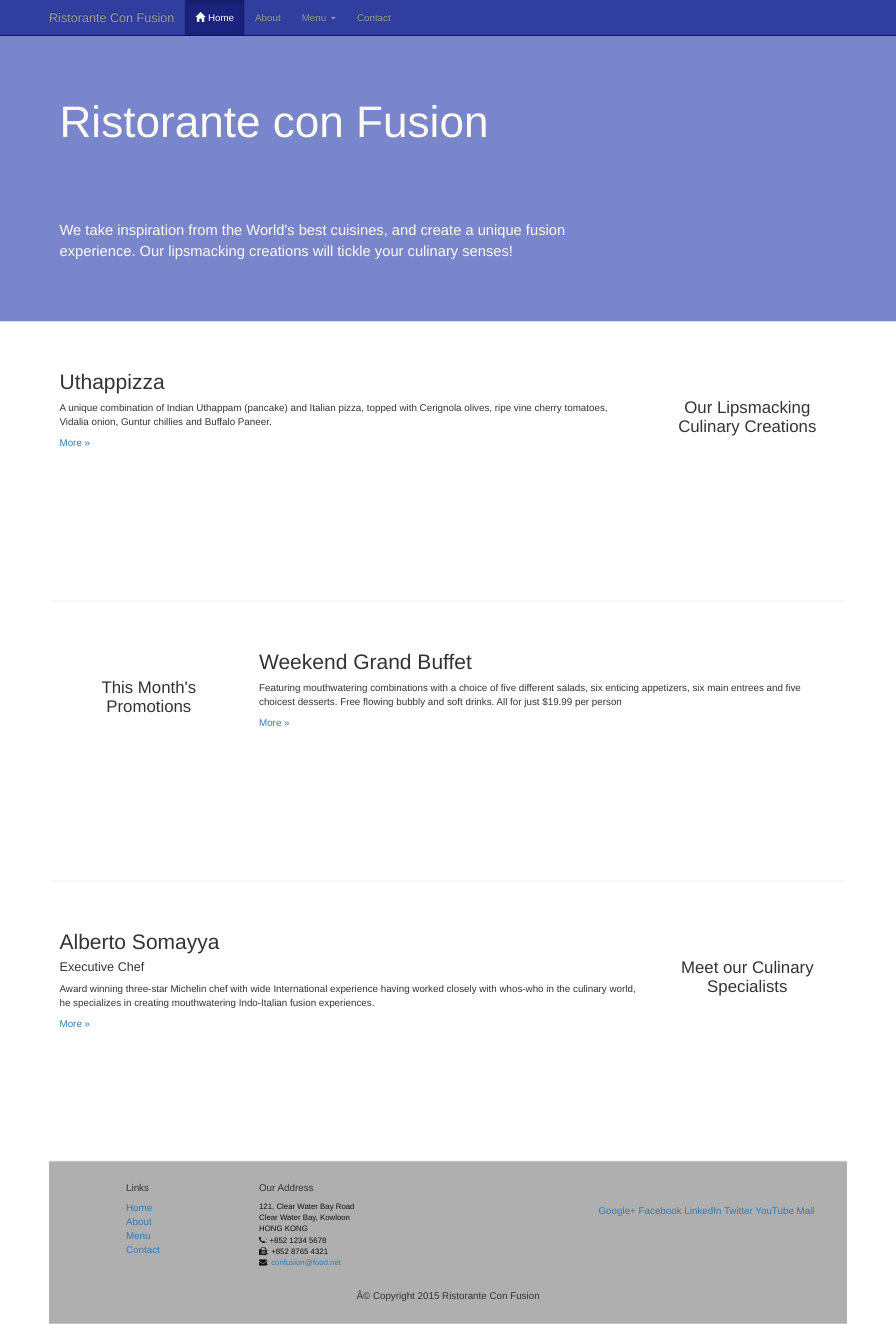
Repository: tagus24/Coursera
Page: Coursera/FullStackDeveloper/conFusion/src/main/webapp/index.html
These files come from the project's save history. The page is drawn as it stood at one moment and after the next save; the edit follows.
The browser window is 1280 px wide. The pictures show the whole page, at 70% of full size.
Some web libraries are served in a nearby version.

Above is the page before, as saved 2016-02-06 14:21:39.

### Coursera/FullStackDeveloper/conFusion/src/main/webapp/index.html
<!DOCTYPE html>
<html lang="en">

<head>
	<meta charset="utf-8">
    <meta http-equiv="X-UA-Compatible" content="IE=edge">
    <meta name="viewport" content="width=device-width, initial-scale=1">
    <!-- The above 3 meta tags *must* come first in the head; any other head
         content must come *after* these tags -->

    <title>Ristorante Con Fusion</title>

        <!-- Bootstrap -->
    <link href="css/bootstrap.min.css" rel="stylesheet">
    <link href="css/bootstrap-theme.min.css" rel="stylesheet">
	<link href="css/font-awesome.min.css" rel="stylesheet">
    <link href="css/bootstrap-social.css" rel="stylesheet">
    <link href="css/mystyles.css" rel="stylesheet">

    <!-- HTML5 shim and Respond.js for IE8 support of HTML5 elements and media queries -->
    <!-- WARNING: Respond.js doesn't work if you view the page via file:// -->
    <!--[if lt IE 9]>
      <script src="https://oss.maxcdn.com/html5shiv/3.7.2/html5shiv.min.js"></script>
      <script src="https://oss.maxcdn.com/respond/1.4.2/respond.min.js"></script>
    <![endif]-->

</head>

<body>

	<nav class="navbar navbar-inverse navbar-fixed-top" role="navigation">
          <div class="container">
          <div class="navbar-header">
                    <button type="button" class="navbar-toggle collapsed" data-toggle="collapse" data-target="#navbar" aria-expanded="false" aria-controls="navbar">
                        <span class="sr-only">Toggle navigation</span>
                        <span class="icon-bar"></span>
                        <span class="icon-bar"></span>
                        <span class="icon-bar"></span>
                    </button>
                    <a class="navbar-brand" href="#">Ristorante Con Fusion</a>
                </div>
                  <div id="navbar" class="navbar-collapse collapse">
	              <ul class="nav navbar-nav">
	                   <li class="active"><a href="#"><span class="glyphicon glyphicon-home"
                         aria-hidden="true"></span> Home</a></li>
	                  <li><a href="#">About</a></li>
	                   <li class="dropdown">
                        <a href="#" class="dropdown-toggle" data-toggle="dropdown"
                         role="button" aria-haspopup="true" aria-expanded="false">
                         Menu <span class="caret"></span></a>
                        <ul class="dropdown-menu">
                            <li><a href="#">Appetizers</a></li>
                            <li><a href="#">Main Courses</a></li>
                            <li><a href="#">Desserts</a></li>
                            <li><a href="#">Drinks</a></li>
                            <li role="separator" class="divider"></li>
                            <li class="dropdown-header">Specials</li>
                            <li><a href="#">Lunch Buffet</a></li>
                            <li><a href="#">Weekend Brunch</a></li>
                        </ul>
                     </li>
	                  <li><a href="#">Contact</a></li>
	              </ul>
               </div>
          </div>
      </nav>

    <header class="jumbotron">

        <!-- Main component for a primary marketing message or call to action -->

        <div class="container">
            <div class="row row-header">
                <div class="col-xs-12 col-sm-8">
                    <h1>Ristorante con Fusion</h1>
                    <p style="padding:40px;"></p>
                    <p>We take inspiration from the World's best cuisines, and create a unique fusion experience. Our lipsmacking creations will tickle your culinary senses!</p>
                </div>
                <div class="col-xs-12 col-sm-4">
                </div>
            </div>
        </div>
    </header>

    <div class="container">
        <div class="row row-content">
            <div class="col-xs-12 col-sm-3 col-sm-push-9">
                <p style="padding:20px;"></p>
                <h3 align=center>Our Lipsmacking Culinary Creations</h3>
            </div>
            <div class="col-xs-12 col-sm-9 col-sm-pull-3">
                <h2>Uthappizza</h2>
                <p>A unique combination of Indian Uthappam (pancake) and Italian pizza, topped with Cerignola olives, ripe vine cherry tomatoes, Vidalia onion, Guntur chillies and Buffalo Paneer.</p>
                <p><a  href="#">More &raquo;</a></p>
            </div>
        </div>


        <div class="row row-content">
            <div class="col-xs-12 col-sm-3">
                <p style="padding:20px;"></p>
                <h3 align=center>This Month's Promotions</h3>
            </div>
            <div class="col-xs-12 col-sm-9">
                <h2>Weekend Grand Buffet</h2>
                <p>Featuring mouthwatering combinations with a choice of five different salads, six enticing appetizers, six main entrees and five choicest desserts. Free flowing bubbly and soft drinks. All for just $19.99 per person </p>
                <p><a href="#">More &raquo;</a></p>
            </div>
        </div>

        <div class="row row-content">
            <div class="col-xs-12 col-sm-3 col-sm-push-9">
                <p style="padding:20px;"></p>
                <h3 align=center>Meet our Culinary Specialists</h3>
            </div>
            <div class="col-xs-12 col-sm-9 col-sm-pull-3">
                <h2>Alberto Somayya</h2>
                <h4>Executive Chef</h4>
                <p>Award winning three-star Michelin chef with wide International experience having worked closely with whos-who in the culinary world, he specializes in creating mouthwatering Indo-Italian fusion experiences. </p>
                <p><a href="#">More &raquo;</a></p>
            </div>
        </div>
    </div>

    <footer>
        <div class="container">
            <div class="row row-footer">
                <div class="col-xs-5 col-xs-offset-1 col-sm-2 col-sm-offset-1">
                    <h5>Links</h5>
                    <ul class="list-unstyled">
                        <li><a href="#">Home</a></li>
                        <li><a href="#">About</a></li>
                        <li><a href="#">Menu</a></li>
                        <li><a href="#">Contact</a></li>
                    </ul>
                </div>
                <div class="col-xs-6 col-sm-5">
                    <h5>Our Address</h5>
                    <address>
		              121, Clear Water Bay Road<br>
		              Clear Water Bay, Kowloon<br>
		              HONG KONG<br>
		            <i class="fa fa-phone"></i>: +852 1234 5678<br>
		          	<i class="fa fa-fax"></i>: +852 8765 4321<br>
		          	<i class="fa fa-envelope"></i>:
                          <a href="mailto:confusion@food.net">confusion@food.net</a>
		           </address>
                </div>
                <div class="col-xs-12 col-sm-4">
                    <div style="padding: 40px 10px;">
                        <a href="http://google.com/+">Google+</a>
                        <a href="http://www.facebook.com/profile.php?id=">Facebook</a>
                        <a href="http://www.linkedin.com/in/">LinkedIn</a>
                        <a href="http://twitter.com/">Twitter</a>
                        <a href="http://youtube.com/">YouTube</a>
                        <a href="mailto:">Mail</a>
                    </div>
                </div>
                <div class="col-xs-12">
                    <p style="padding:10px;"></p>
                    <p align=center>Â© Copyright 2015 Ristorante Con Fusion</p>
                </div>
            </div>
        </div>
    </footer>

     <!-- jQuery (necessary for Bootstrap's JavaScript plugins) -->
    <script src="https://ajax.googleapis.com/ajax/libs/jquery/1.11.3/jquery.min.js"></script>
    <!-- Include all compiled plugins (below), or include individual files as needed -->
    <script src="js/bootstrap.min.js"></script>

</body>

</html>

### Coursera/FullStackDeveloper/conFusion/src/main/webapp/css/mystyles.css
.row-header{
    margin:0px auto;
    padding:0px auto;
}

.row-content {
    margin:0px auto;
    padding: 50px 0px 50px 0px;
    border-bottom: 1px ridge;
    min-height:400px;
}

.row-footer{
    background-color: #AfAfAf;
    margin:0px auto;
    padding: 20px 0px 20px 0px;
}

.jumbotron {
    padding:70px 30px 70px 30px;
    margin:0px auto;
    background: #7986CB ;
    color:floralwhite;
}

address{
    font-size:80%;
    margin:0px;
    color:#0f0f0f;
}

body{
    padding:50px 0px 0px 0px;
    z-index:0;
}

.navbar-inverse {
     background: #303F9F;
}

.navbar-inverse .navbar-nav > .active > a,
.navbar-inverse .navbar-nav > .active > a:hover,
.navbar-inverse .navbar-nav > .active > a:focus {
    color: #fff;
    background: #1A237E;
}

.navbar-inverse .navbar-nav > .open > a,
 .navbar-inverse .navbar-nav > .open > a:hover,
 .navbar-inverse .navbar-nav > .open > a:focus {
    color: #fff;
    background: #1A237E;
}

.navbar-inverse .navbar-nav .open .dropdown-menu> li> a,
.navbar-inverse .navbar-nav .open .dropdown-menu {
    background-color: #303F9F;
    color:#eeeeee;
}

.navbar-inverse .navbar-nav .open .dropdown-menu> li> a:hover {
    color:#000000;
}

Loaded but not shown: Coursera/FullStackDeveloper/conFusion/src/main/webapp/css/bootstrap.min.css (library); Coursera/FullStackDeveloper/conFusion/src/main/webapp/css/bootstrap-theme.min.css (library); Coursera/FullStackDeveloper/conFusion/src/main/webapp/css/font-awesome.min.css (library); Coursera/FullStackDeveloper/conFusion/src/main/webapp/css/bootstrap-social.css (library); Coursera/FullStackDeveloper/conFusion/src/main/webapp/js/bootstrap.min.js (library)

After the next save:
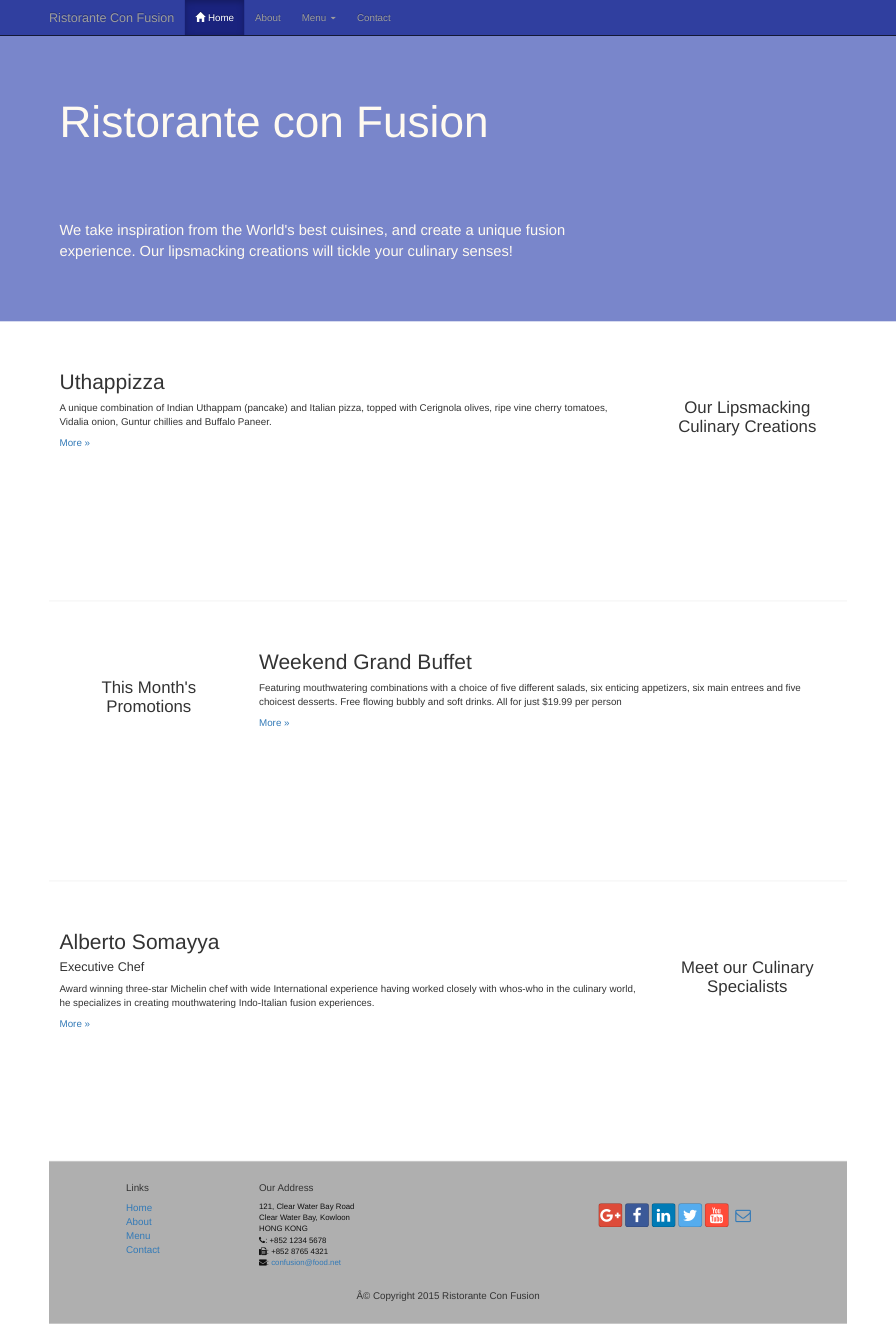
Saved 27 s later.
--- a/Coursera/FullStackDeveloper/conFusion/src/main/webapp/index.html
+++ b/Coursera/FullStackDeveloper/conFusion/src/main/webapp/index.html
@@ -147,13 +147,13 @@
 		           </address>
                 </div>
                 <div class="col-xs-12 col-sm-4">
-                    <div style="padding: 40px 10px;">
-                        <a href="http://google.com/+">Google+</a>
-                        <a href="http://www.facebook.com/profile.php?id=">Facebook</a>
-                        <a href="http://www.linkedin.com/in/">LinkedIn</a>
-                        <a href="http://twitter.com/">Twitter</a>
-                        <a href="http://youtube.com/">YouTube</a>
-                        <a href="mailto:">Mail</a>
+                    <div class="nav navbar-nav" style="padding: 40px 10px;">
+                        <a class="btn btn-social-icon btn-google-plus" href="http://google.com/+"><i class="fa fa-google-plus"></i></a>
+                        <a class="btn btn-social-icon btn-facebook" href="http://www.facebook.com/profile.php?id="><i class="fa fa-facebook"></i></a>
+                        <a class="btn btn-social-icon btn-linkedin" href="http://www.linkedin.com/in/"><i class="fa fa-linkedin"></i></a>
+                        <a class="btn btn-social-icon btn-twitter" href="http://twitter.com/"><i class="fa fa-twitter"></i></a>
+                        <a class="btn btn-social-icon btn-youtube" href="http://youtube.com/"><i class="fa fa-youtube"></i></a>
+                        <a class="btn btn-social-icon" href="mailto:"><i class="fa fa-envelope-o"></i></a>
                     </div>
                 </div>
                 <div class="col-xs-12">
